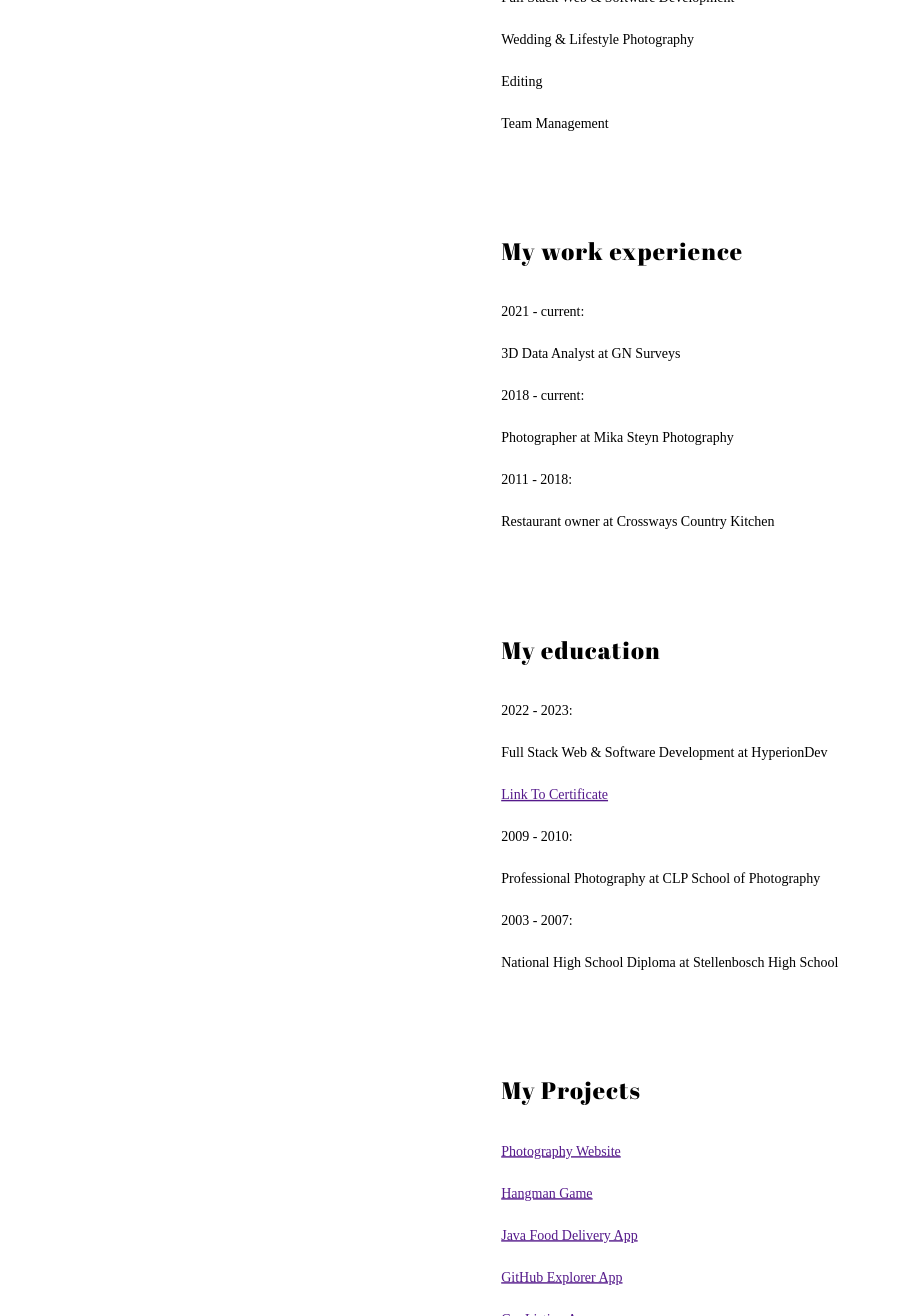
Repository: mikasteyn999/My-CV-Website
Page: index.html
An editor plug-in stored every save of this project. The page is shown before and after the next save, followed by the edit.
The browser window is 1280 px wide. The page is 1312 px wide, so the pictures cover 1312 px, including what lies to the right of the window. The pictures show the part of the page from y = 1574 to 3454 px (the page is 4085 px tall before and 4170 px after), at 70% of full size.
Some web fonts or font styles are not loaded; a fallback is used.

Above is the page before, as saved 2023-06-04 12:31:56.

After the next save:
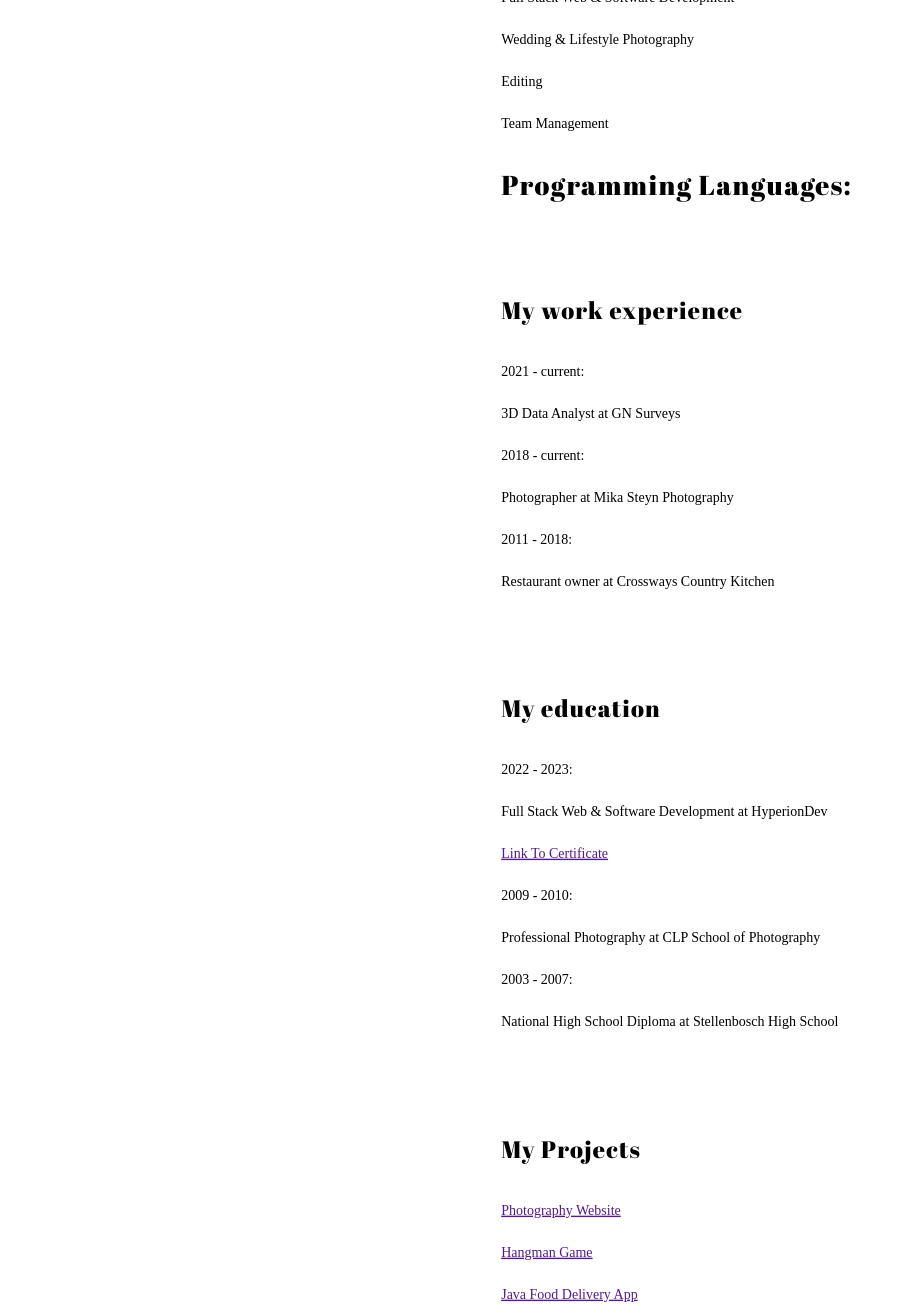
Saved 21 s later.
--- a/index.html
+++ b/index.html
@@ -51,6 +51,7 @@
                         <li>Editing</li>
                         <li>Team Management</li>
                     </ol>
+                    <h2>Programming Languages:</h2>
                 </section>
                 <!-- WORK EXPERIENCE -->
                 <section id="work">
